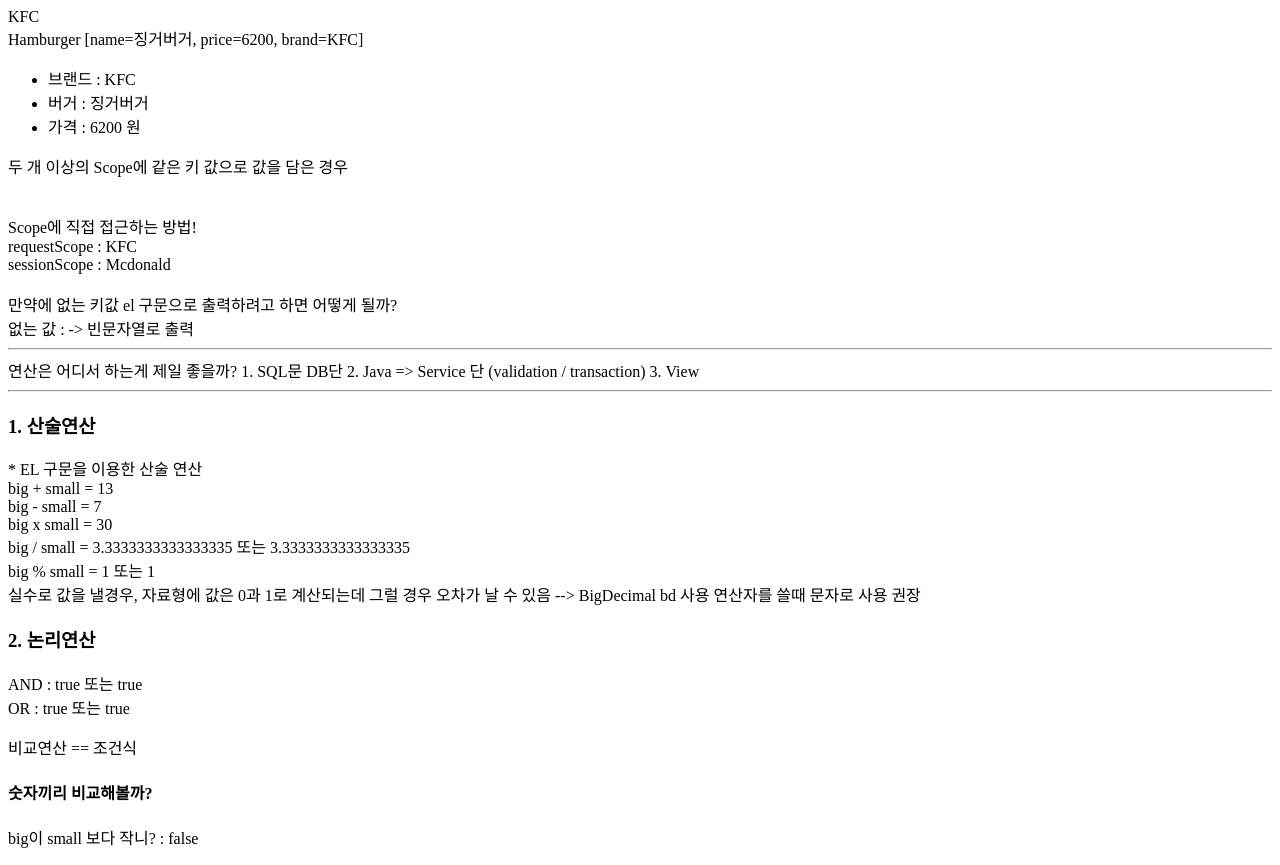
Repository: parkjin-sol/web-workplace
Page: http://localhost/McdonaldProject/sc
The author's editor kept a copy of each file at every save. The page is drawn from the files as they stood at one save, then again after the next save.
The browser window is 1280 px wide. The pictures show the whole page.
The page is served by Tomcat 9.

Above is the page before, as saved 2025-03-11 02:07:09.

After the next save:
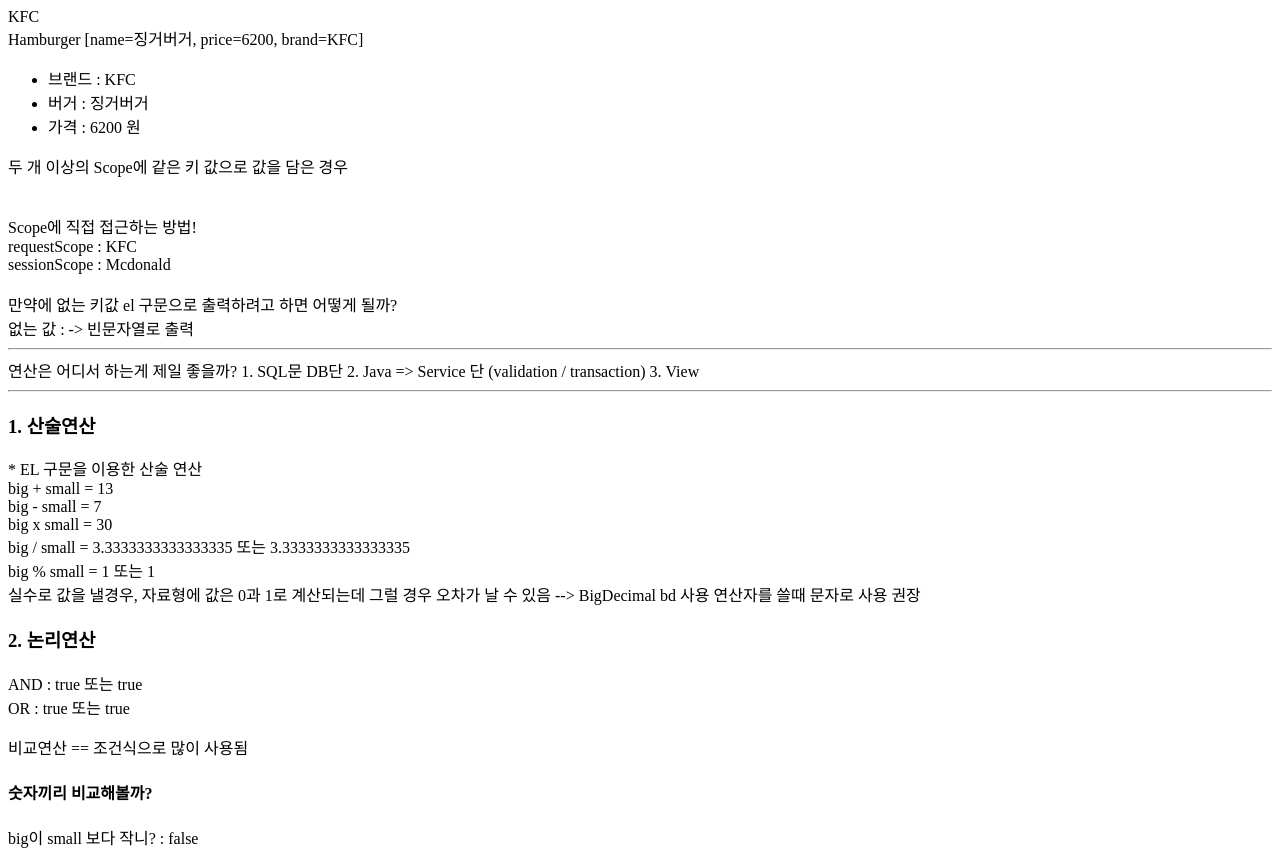
Saved 4 s later.
--- a/McdonaldProject/src/main/webapp/WEB-INF/views/print.jsp
+++ b/McdonaldProject/src/main/webapp/WEB-INF/views/print.jsp
@@ -67,7 +67,7 @@
 	 	OR  : ${ true || true } 또는 ${ true or true }
 	 </p>
 
-	 비교연산 == 조건식
+	 비교연산 == 조건식으로 많이 사용됨
 	 <h4>숫자끼리 비교해볼까?</h4>
 
 	 <p>
